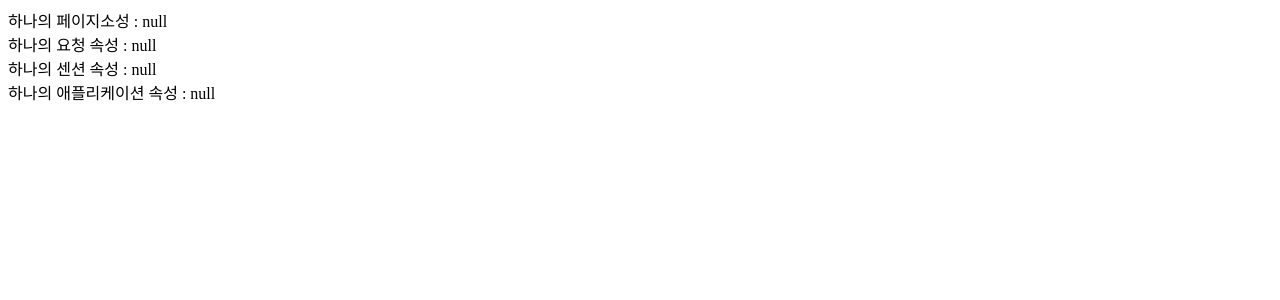
Repository: sinaboro/JSP201310
Page: http://localhost/web-study-04/07_secondPage.jsp
The author's editor kept a copy of each file at every save. The page is drawn from the files as they stood at one save, then again after the next save.
The browser window is 1280 px wide. The pictures show the whole page.
The page is served by Tomcat 9. The template is opened directly, without the code that normally fills it, so the values that code supplies are empty.

Above is the page before, as saved 2023-10-11 03:41:08.

After the next save:
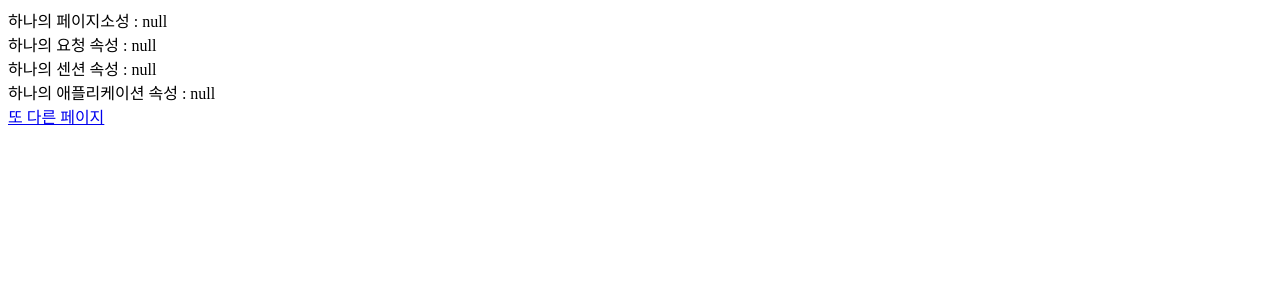
Saved 36 s later.
--- a/web-study-04/src/main/webapp/07_secondPage.jsp
+++ b/web-study-04/src/main/webapp/07_secondPage.jsp
@@ -13,5 +13,7 @@
 하나의 센션 속성 : <%=session.getAttribute("name") %><br>
 하나의 애플리케이션 속성 : <%=application.getAttribute("name") %><br>
 
+<a href="07_thirdPage.jsp">또 다른 페이지</a>
+
 </body>
 </html>
